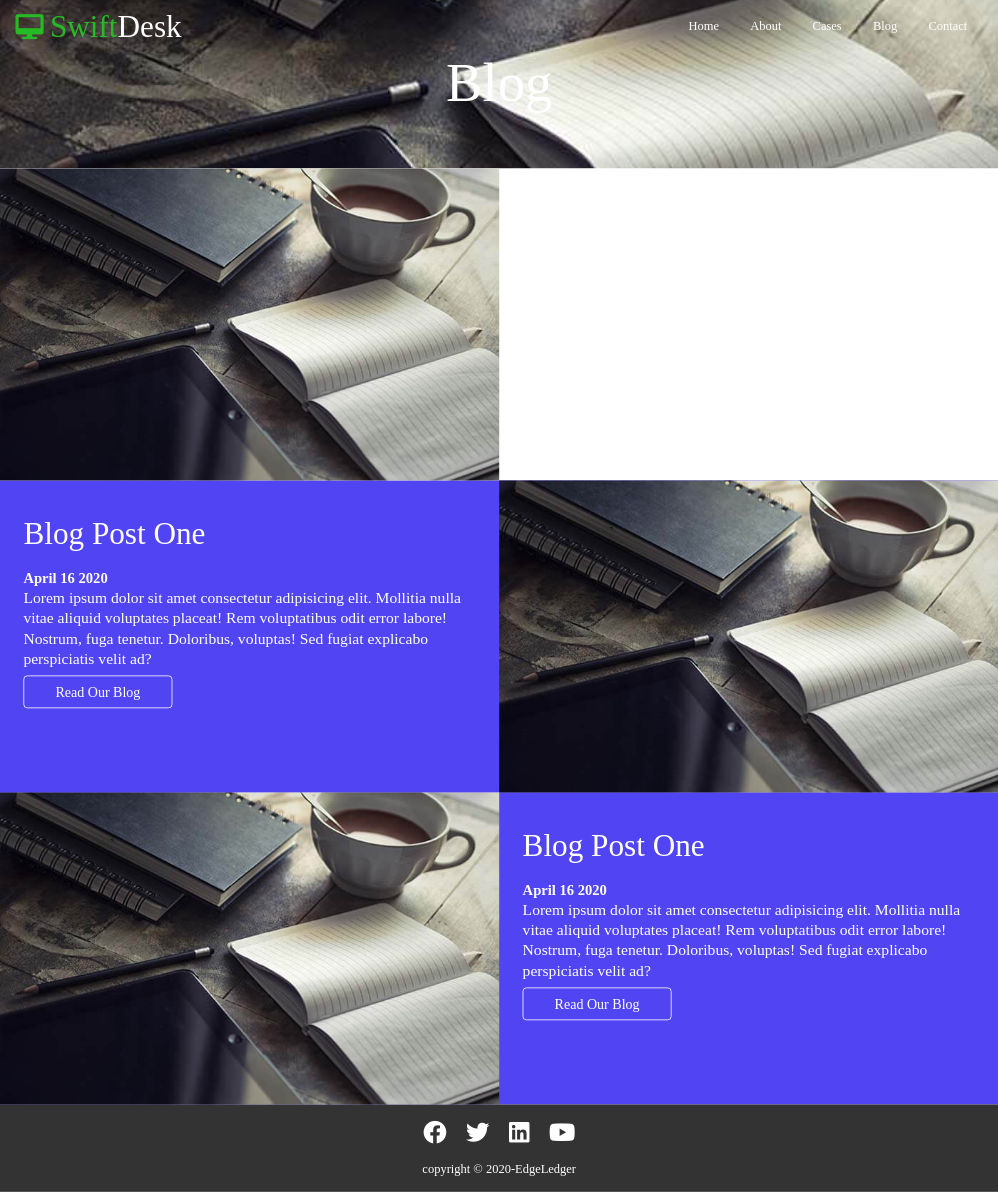
Repository: reemoon-ctrl/swiftdisk-Website-Flexbox
Page: blog.html
The author's editor kept a copy of each file at every save. The page is drawn from the files as they stood at one save, then again after the next save.
The browser window is 1280 px wide. The pictures show the whole page, at 78% of full size.

Above is the page before, as saved 2024-07-27 12:39:31.

### blog.html
<!DOCTYPE html>
<html lang="en">
<head>
    <meta charset="UTF-8">
    <meta name="viewport" content="width=device-width, initial-scale=1.0">
    <title>
        Swift Desk
    </title>
    <link rel="stylesheet" href="https://cdnjs.cloudflare.com/ajax/libs/font-awesome/6.0.0-beta3/css/all.min.css">

    <link rel="stylesheet" href="index.css">
</head>
<body>
    <div class="show-case" id="blog-case">
        <header>
            <div class="nav-bar">
                <div class="title-bar">
                    <i class="fas fa-desktop fa-2x" style="color: rgb(37, 187, 37)"></i>
                    <h1 class="title"><span class="fword"> Swift</span>Desk</h1>
                </div>
                <div class="link-bar">
                    <a href="index.html">Home</a>
                    <a href="#about">About</a>
                    <a href="#cases">Cases</a>
                    <a href="#blog">Blog</a>
                    <a href="#contact">Contact</a>
                </div>
            </div>
            <h1>Blog</h1>
        </header>
    </div>
    <div>
        <div class="blog-light" id="blog">

            <div class="blog-content-light">

                <h2>Blog Post One</h2>
                <h3>April 16 2020</h3>
                <p>Lorem ipsum dolor sit amet consectetur
                    adipisicing elit. Mollitia nulla vitae aliquid voluptates placeat! Rem voluptatibus odit error labore! Nostrum, fuga tenetur. Doloribus, voluptas! Sed
                    fugiat explicabo perspiciatis velit ad?</p>
                <a href="index.html">Read Our Blog</a>
            </div>
            <div class="img-light"></div>
        </div>
    </div>
    <div>
        <div class="blog" id="blog">
            <div class="img"></div>
            <div class="blog-content">

                <h2>Blog Post One</h2>
                <h3>April 16 2020</h3>
                <p>Lorem ipsum dolor sit amet consectetur
                    adipisicing elit. Mollitia nulla vitae aliquid voluptates placeat! Rem voluptatibus odit error labore! Nostrum, fuga tenetur. Doloribus, voluptas! Sed
                    fugiat explicabo perspiciatis velit ad?</p>
                <a href="index.html">Read Our Blog</a>
             </div>
        </div>
    </div> <div>
        <div class="blog" id="blog">

            <div class="blog-content">

                <h2>Blog Post One</h2>
                <h3>April 16 2020</h3>
                <p>Lorem ipsum dolor sit amet consectetur
                    adipisicing elit. Mollitia nulla vitae aliquid voluptates placeat! Rem voluptatibus odit error labore! Nostrum, fuga tenetur. Doloribus, voluptas! Sed
                    fugiat explicabo perspiciatis velit ad?</p>

                    <a href="index.html">Read Our Blog</a>
            </div>
            <div class="img"></div>
        </div>
    </div>


    <footer>
            <ul class="footer-icon">
                <li><a href=""><i class="fa-brands fa-facebook"></i></a></li>
                <li><a href=""><i class="fa-brands fa-twitter"></i></a></li>
                <li><a href=""><i class="fa-brands fa-linkedin"></i></a></li>
                <li><a href=""><i class="fa-brands fa-youtube"></i></a></li>
            </ul>
            <p>copyright &copy; 2020-EdgeLedger</p>
    </footer>

</body>
</html>

### index.css
*{
    box-sizing: border-box;
    margin: 0;
    padding: 0;
}
body{

}
.nav-bar{
    display: flex;
    justify-content:space-between ;
    padding: 10px 20px;
    color:#fff;




}
.title-bar{
    align-items: center;
    flex-grow: 1;
    display: flex;
    gap:.5rem;


}
.title-bar h1{
    display:inline-block;
    font-size:2.5rem;
    font-weight: 400;
}

.link-bar{

    /* flex-grow:1 ; */
    align-self: center;
    display: flex;
}
.link-bar a{
    padding: 10px 20px;
    color:#fff;
    text-decoration: none;


}
.link-bar a:hover{
    border-bottom: 1px #25bb25 solid;
}
.fword{
    color:#25bb25;
}
.show-case{
   height:100vh;
   text-align: center;
   color:#fff;

   background:  url('img/home/showcase.jpg') no-repeat center center/cover ;
}
.hd-content{
    padding-top: 18rem;
}
.hd-content h1{
    font-size: 3rem;
}
.hd-content p{
    font-size: 1.5rem;
    padding-top: .8rem;
    padding-bottom: .8rem;
}
.hd-content a{
    color: #fff;
    background:#45c745 ;
    padding: 10px 30px;
    border-radius: 5px;
    text-decoration: none;
    text-align: center;
}
.about-section ul{
    display: flex;
    list-style: none;
    gap: 20px;

}
.about-srvice{
    padding: 50px ;
}
.about-srvice li{
    text-align: center;
}
.about-srvice li i{
    background-color: rgb(69, 199, 69);
    color:#fff;
    width:70px;
    height: 70px;
    border-radius: 70px;
    font-size: 40px;
    padding-top:15px ;


}
.about-srvice li h3{
    padding-top: 20px;
}
.about-srvice li p{
    padding-top: 20px;
    font-size: 20px;
    color: dimgrey;
}

.solutions{
    display:flex;
    background: #45c745;

}
.img{
    width:50%;
    background: url('/img/home/people.jpg') center center/cover no-repeat;

}
.solution-content{
    color:#fff;
    padding:20px 30px;
    height:25rem;
    width: 50%;
}
.solution-content h2{
    font-size: 40px;
    font-weight: 500;
    padding: 1.5rem 0px;
}
.solution-content p{
    font-size: 20px;
    line-height: 1.3;
    margin-bottom: 20px;
}
.solution-content a{
    padding: 10px 40px;
    border: 1px solid;
    color:#fff;
    text-decoration: none;
    border-radius: 5px;
    font-size: 18px;

}
.Business-case{
    width: 100vw;
}
.Business-case-content{
    text-align: center;
    padding-left: 30px;
    padding-right: 30px;
}
.Business-case-content h3{
    padding: 30px 0px;
}
.Business-case-content h2{
   padding-bottom: 30px;
    font-size: 40px;
    font-weight: 500;
}
.Business-case-content p{
    padding-bottom: 30px;
    font-size: 20px;
}
.BC-image{
    display: grid;
    grid-template-columns:100px 100px 100px 100px ;
   gap: 20px;
   padding: 40px 0px;
}
.BCimg{
    width: 100px;
    height:100px;

}
/* //////////////////////////////////// */
.blog{
    display:flex;
    background: #5145f3;
    flex-direction: row-reverse;

}
.img{
    width:50%;
    background: url('/img/home/blog.jpg') center center/cover no-repeat;

}
.blog-content{
    color:#fff;
    padding:20px 30px;
}
.blog-content{
    height:25rem;
    width: 50%;
}
.blog-content h2{
    font-size: 40px;
    font-weight: 500;
    padding: 1.5rem 0px;
}
.blog-content p{
    font-size: 20px;
    line-height: 1.3;
    margin-bottom: 20px;
}
.blog-content a{
    padding: 10px 40px;
    border: 1px solid;
    color:#fff;
    text-decoration: none;
    border-radius: 5px;
    font-size: 18px;

}
.our-team{
    padding-bottom: 40px;
}
.team-image{
    display: flex;
    justify-content: space-around;
    width: 100vw;
    list-style: none;
    text-align: center;

}
.team-image li h4{
    padding: 15px;
}
.tmimg{
    width: 90%;
    height:70%;
    border-radius: 70%;

}
.request{
    display: flex;
    background-color: #f4f4f4;
}
.request .img{
    background: url(/img/home/contact.jpg);
}
.form-content{
    color:#333;
    padding:20px 30px;
    height:25rem;
    width: 50%;
}
.form-content h2{
    color:#333;
    font-size: 40px;
    font-weight: 500;
    padding: 1.5rem 0px;
    font-weight:lighter;
}
.requwst-form{
    display: flex;
    flex-direction: column;
    gap :20px;

}
.requwst-form input{
border: #ddd;
color: #333;
font-size: 15px;
padding: 10px;
}
.requwst-form input[type=submit]{
    background: #25bb25;
    color:#fff;
    cursor: pointer;
    border-radius: 5px;


}
.requwst-form input[type=submit]:hover{
    background-color: #6de66d;

}
footer{
    background: #333;
    padding: 20px ;
}
.footer-icon{
    display: flex;
    align-items: center;
    justify-content: center;
    gap:25px;
}
.footer-icon li{
    list-style: none;
}
.footer-icon li a{
    color: #fff;
    font-size: 30px;
}
.footer-icon li a:hover{
    color: #45c745;
}

footer p{
    text-align: center;
    color: #fff;
    padding-top: 20px;

}
/* //////////blog page//////////////// */
#blog-case{
    height:30vh;
    text-align: center;
    color:#fff;
    background:  url('img/home/blog.jpg') no-repeat center center/cover ;
 }
header h1{
    font-size: 70px;
    font-weight: 400;
 }
 .blog-light{
    display:flex;
    background: #fff;
    flex-direction: row-reverse;

}
.img-light{
    width:50%;
    background: url('/img/home/blog.jpg') center center/cover no-repeat;

}
.blog-content-light{
    color:#fff;
    padding:20px 30px;
    height:25rem;
    width: 50%;
}
.blog-content-light h2{
    font-size: 40px;
    font-weight: 500;
    padding: 1.5rem 0px;
}
.blog-content-light p{
    font-size: 20px;
    line-height: 1.3;
    margin-bottom: 20px;
}
.blog-content-light a{
    padding: 10px 40px;
    border: 1px solid;
    color:#fff;
    text-decoration: none;
    border-radius: 5px;
    font-size: 18px;

}

After the next save:
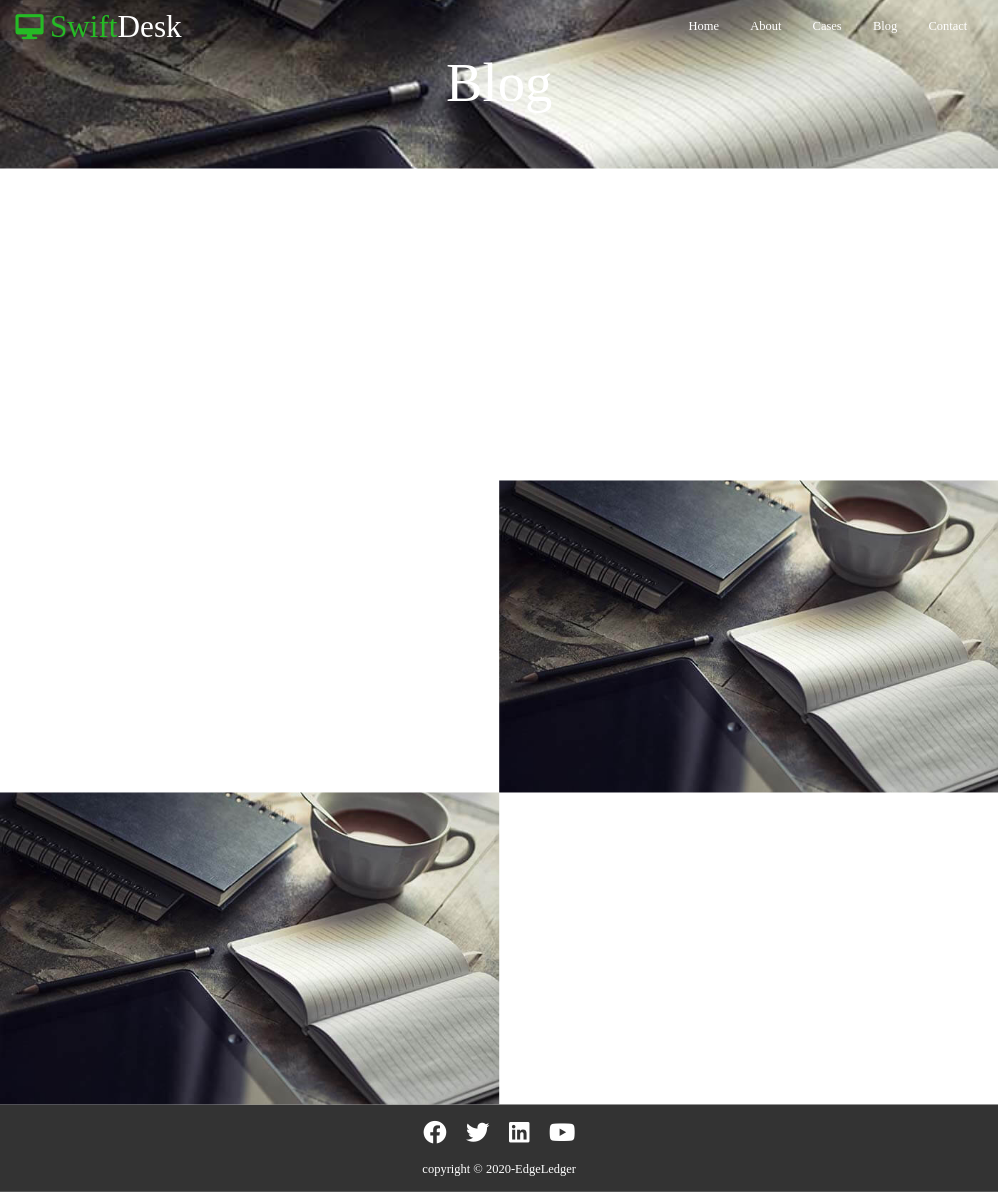
Saved 28 s later.
--- a/index.css
+++ b/index.css
@@ -314,7 +314,7 @@ header h1{
     font-size: 70px;
     font-weight: 400;
  }
- .blog-light{
+ .blog{
     display:flex;
     background: #fff;
     flex-direction: row-reverse;

After the save that followed:
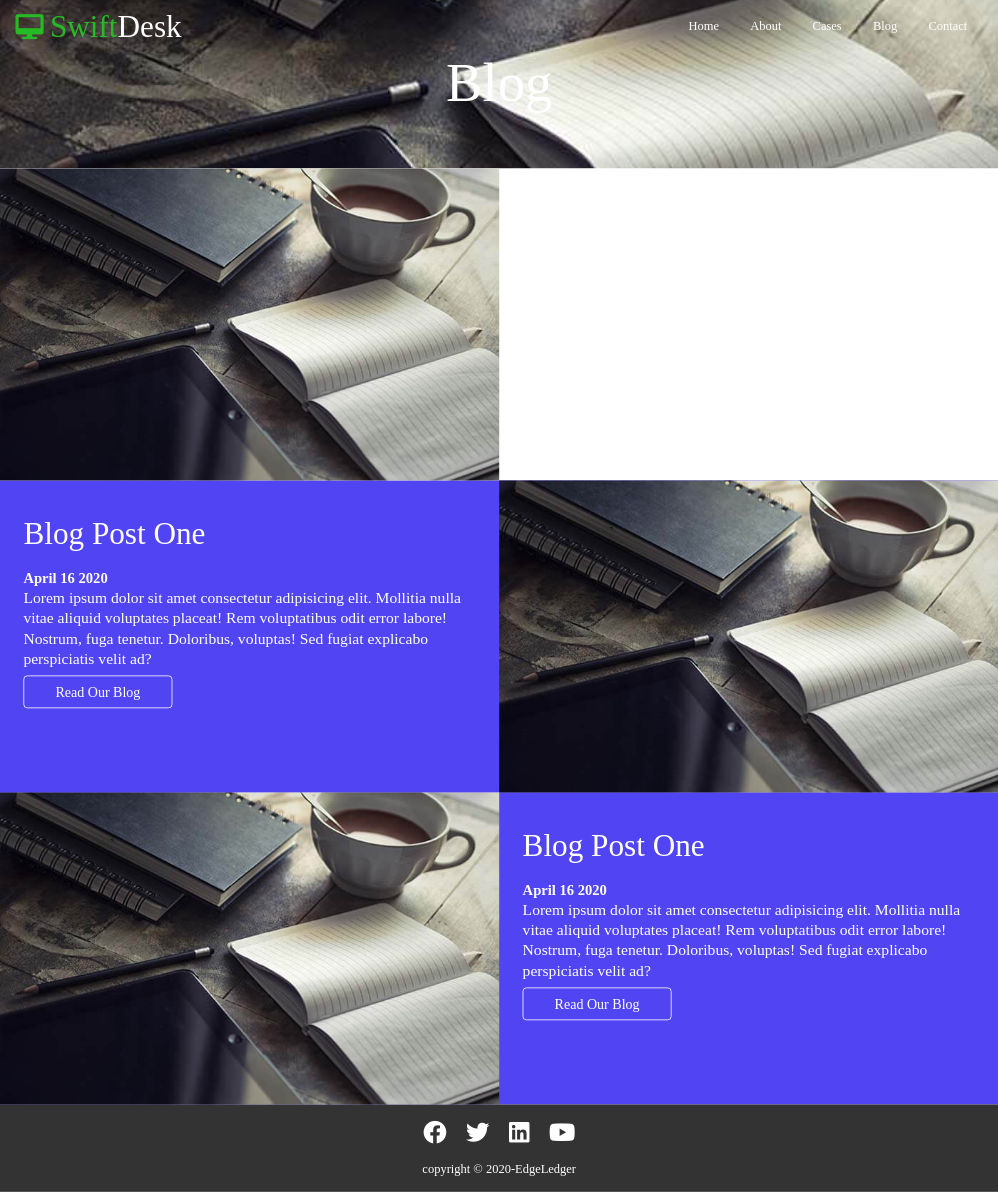
Saved 6 s later.
--- a/index.css
+++ b/index.css
@@ -314,7 +314,7 @@ header h1{
     font-size: 70px;
     font-weight: 400;
  }
- .blog{
+ .blog-light{
     display:flex;
     background: #fff;
     flex-direction: row-reverse;
